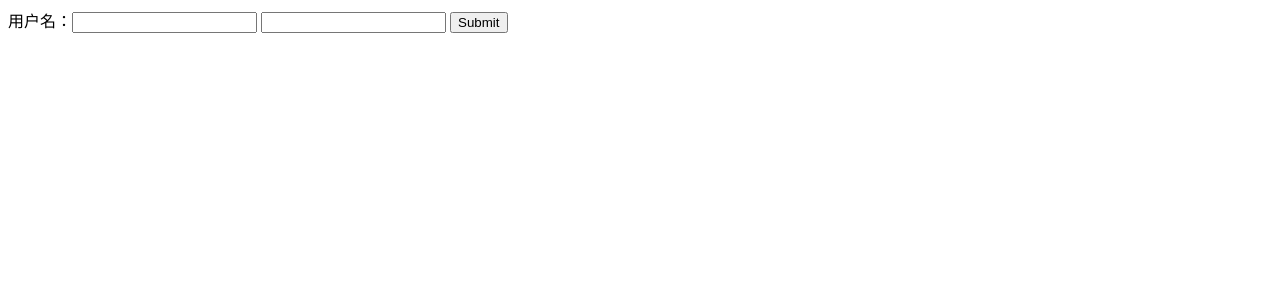
Repository: Research11/materials
Page: http://localhost/SSHDemo/
These files come from the project's save history. The page is drawn as it stood at one moment and after the next save; the edit follows.
The browser window is 1280 px wide. The pictures show the whole page.
The page is served by Tomcat 9.

Above is the page before, as saved 2016-05-23 08:43:23.

After the next save:
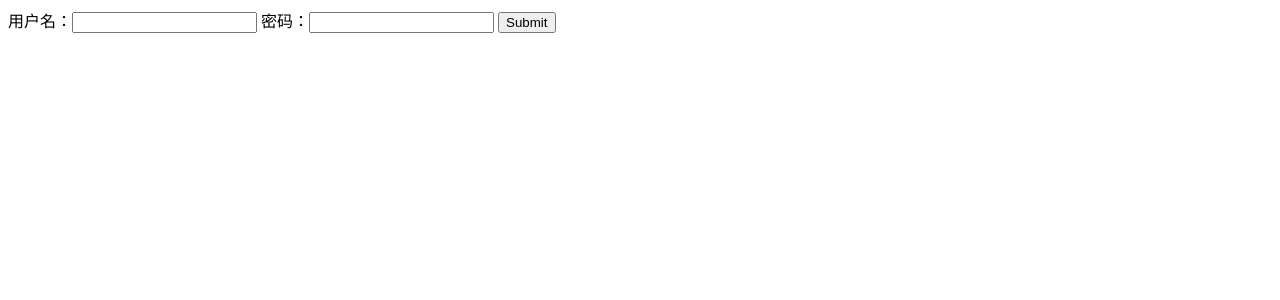
Saved 12 s later.
--- a/practice/SSHDemo/WebContent/login.jsp
+++ b/practice/SSHDemo/WebContent/login.jsp
@@ -9,7 +9,7 @@
 <body>
 <form action="login" method="post">
 	用户名：<input type="text" name="uname"/>
-	<input type="password" name="password"/>
+	密码：<input type="password" name="password"/>
 	<input type="submit" name="提交"/>
 </form>
 </body>
